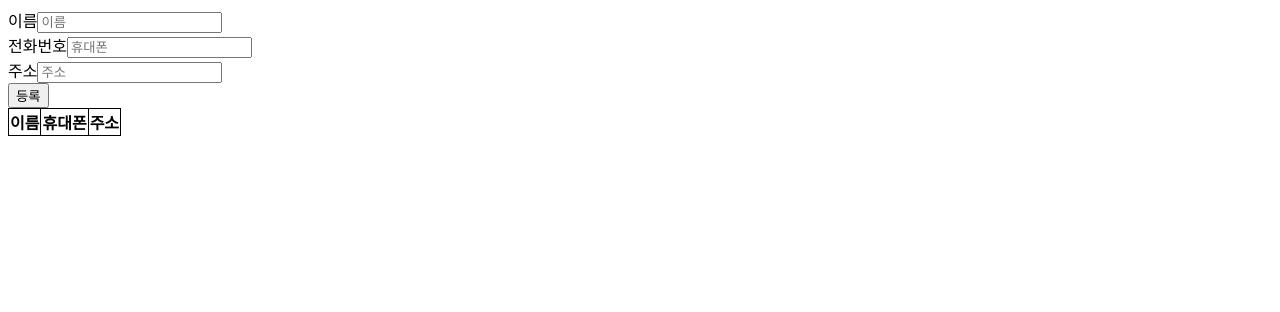
Repository: hoseolkim/amoe2
Page: http://localhost/WebStudy02_MVN/adrs/view
These files come from the project's save history. The page is drawn as it stood at one moment and after the next save; the edit follows.
The browser window is 1280 px wide. The pictures show the whole page.
The page is served by Tomcat 9. Other server files are loaded and not shown.

Above is the page before, as saved 2023-09-21 09:32:50.

### WebStudy02_MVN/src/main/webapp/WEB-INF/views/adrs/adrsView.jsp
<%@ page language="java" contentType="text/html; charset=UTF-8"
    pageEncoding="UTF-8"%>
<!DOCTYPE html>
<html lang="ko">
<head>
<meta charset="UTF-8">
<title>Insert title here</title>
<jsp:include page="/includee/preScript.jsp" />
<style>
	th, td {
		border : 1px solid black;
	}
	table {
		border-collapse: collapse;
	}
</style>
</head>
<body data-context-path="<%=request.getContextPath()%>">
<form id="adrsForm" method="post" action="<%=request.getContextPath()%>/adrs/address">
	이름<input type="text" name="adrsName" placeholder="이름" required /><br>
	전화번호<input type="text" name="adrsHp" placeholder="휴대폰" required /><br>
	주소<input type="text" name="adrsAdd" placeholder="주소" /><br>
	<input type="submit" value="등록" />
</form>
<table>
	<thead>
		<tr>
			<th>이름</th>
			<th>휴대폰</th>
			<th colspan="2">주소</th>
		</tr>
	</thead>
	<tbody id="listBody">
	</tbody>
</table>
<script type="text/javascript" src="<%=request.getContextPath() %>/resources/js/app/adrs/address.js"></script>
</body>
</html>

### WebStudy02_MVN/src/main/webapp/includee/preScript.jsp
<%@ page language="java" contentType="text/html; charset=UTF-8"
    pageEncoding="UTF-8"%>

<script type="text/javascript" src="<%=request.getContextPath() %>/resources/js/jquery-3.7.1.min.js"></script>
<script type="text/javascript" src="<%=request.getContextPath() %>/resources/js/jquery.serializejson.js"></script>

### WebStudy02_MVN/src/main/java/kr/or/ddit/adrs/controller/AddressUIControllerServlet.java
package kr.or.ddit.adrs.controller;


import java.io.IOException;

import javax.servlet.ServletException;
import javax.servlet.annotation.WebServlet;
import javax.servlet.http.HttpServlet;
import javax.servlet.http.HttpServletRequest;
import javax.servlet.http.HttpServletResponse;

@WebServlet("/adrs/view")
public class AddressUIControllerServlet extends HttpServlet{
	@Override
	protected void doGet(HttpServletRequest req, HttpServletResponse resp) throws ServletException, IOException {

		String goPage = "/WEB-INF/views/adrs/adrsView.jsp";

		if(goPage.startsWith("redirect:")) {
			String location = req.getContextPath() + goPage.substring("redirect:".length());
			resp.sendRedirect(location);
		}else {
			req.getRequestDispatcher(goPage).forward(req, resp);
		}
	}
}

### WebStudy02_MVN/src/main/webapp/resources/js/app/adrs/address.js
/**
 *
 */

$(function(){
	const cPath = $('body').data('contextPath');
	const baseUrl = `${cPath}/adrs/address`;

//	$.ajax(settings);
	$.getJSON(baseUrl,selectFunction);
	$(adrsForm).on('submit',function(event){
		event.preventDefault();
		let url = this.action;
		let method = this.method;
		let data = $(this).serializeJSON();
		let json = JSON.stringify(data);


		let settings = {
			url : baseUrl,
			method : method,
			data : json,
			headers : {
				"Content-Type" : "application/json;charset=utf-8"
			},
			dataType : "json"
		};

		$.ajax(settings)
			.done(function(resp){
				if(resp.success){
					let trTag = makeTrTag(resp.originalData);
					$(listBody).prepend(trTag);
					adrsForm.reset();
				}else{
					alert(resp.message);
				}
			})
		return false;
	});

	$(listBody).on('click','.delBtn',function(){
		let flag = confirm("진짜 삭제 ?");
		if(!flag){
			return false;
		}
		let adrsTr = $(this).parents('tr:first');
		let $adrsTr = $(adrsTr);
		let adrsNo = $adrsTr.data('adrsNo');
		let url = `${baseUrl}/${adrsNo}`;
		let settings = {
			url : url,
			method : "delete",
			dataType : 'json'
		};

		$.ajax(settings)
			.done(function(resp){
				if(resp.success){
					$adrsTr.remove();
				}else{
					alert(resp.message);
				}
			})
			.fail()

	});

	// delete function
	/*
	$('table').on('click','.delBtn',function(){
		console.log(this);
		let $btn = $(this);
		let $trTag = $btn.parents('tr');
		let adrsNo = $trTag.data('adrsNo');

		let settings = {
			url : baseUrl + "/" + adrsNo,
			method : "delete",
			dataType : "json"
		};

		$.ajax(settings)
			.done(function(resp){
				if(resp.success){
					alert('삭제 성공!');
					$trTag.remove();
				}else{
					alert(resp.message);
				}
			});


	})
	*/





	/*
	$(adrsForm).on('submit',function(event){
		event.preventDefault();
		let formTag = event.target;
		let data = $(formTag).serializeJSON();
		let json = JSON.stringify(data)
		let method = formTag.method;
		let settings = {
			url : baseUrl,
			method : method,
			data : json,
			contentType : "application/json;charset=utf-8",
			dataType : "json", // Accept Request Header : Content-Type Response Header
			success : function(resp) {
				if(resp.success == true){
					alert('추가 성공!')
					$.getJSON(url,selectFunction);
				}
			},
			error : function(jqXhr, status, error) {
				console.log("jqXhr : ", jqXhr);
				console.log("status : ", status);
				console.log("error : ", error);
			}
		};
		$.ajax(settings);

	});
	*/
});

let makeTrTag = (adrsVO)=>{
	let trTag = `
		<tr data-adrs-no="${adrsVO.adrsNo}">
			<td>${adrsVO.adrsName}</td>
			<td>${adrsVO.adrsHp}</td>
			<td>${adrsVO.adrsAdd}</td>
			<td><input type="button" value="삭제" class="delBtn" /></td>
			<td><button type="button" data-bs-toggle="modal" data-bs-target="#exampleModal">수정</button></td>
		</tr>
	`;
	return trTag;
}

let selectFunction = function(resp){
	code = "";
	let dataList = resp.list;
	if(dataList?.length > 0){
		$.each(dataList, function(i,v){
			code += makeTrTag(this);
		})
	}else{
		code = "<tr><td colspan='3'>주소록 없음...</td></tr>"
	}//if~else end

	$(listBody).html(code);
}

### WebStudy02_MVN/src/main/java/kr/or/ddit/adrs/controller/AddressDataControllerServlet.java
package kr.or.ddit.adrs.controller;

import java.io.IOException;
import java.io.InputStream;
import java.util.HashMap;
import java.util.List;
import java.util.Map;

import javax.servlet.ServletException;
import javax.servlet.annotation.WebServlet;
import javax.servlet.http.HttpServlet;
import javax.servlet.http.HttpServletRequest;
import javax.servlet.http.HttpServletResponse;
import javax.servlet.http.HttpSession;

import org.apache.commons.lang3.StringUtils;

import com.fasterxml.jackson.databind.ObjectMapper;

import kr.or.ddit.adrs.service.AddressService;
import kr.or.ddit.adrs.service.AddressServiceImpl;
import kr.or.ddit.vo.AddressVO;

@WebServlet({"/adrs/address", "/adrs/address/*"})
public class AddressDataControllerServlet extends HttpServlet{
	private AddressService service = new AddressServiceImpl();

	@Override
	protected void doGet(HttpServletRequest req, HttpServletResponse resp) throws ServletException, IOException {

		String uri = StringUtils.substringAfter(req.getRequestURI(), req.getContextPath());
		int lastIdx = uri.lastIndexOf("/");
		int uriLen = uri.length();
		int baseLen = "/adrs/address".length();

		boolean valid = lastIdx >= baseLen && lastIdx < uriLen - 1 ;
		System.out.printf("%s : %b\n",uri,valid);

		HttpSession session = req.getSession();

		String memId = (String)session.getAttribute("authId");
		if(StringUtils.isBlank(memId)) {
			resp.sendError(HttpServletResponse.SC_UNAUTHORIZED);
			return;
		}

		String goPage = null;
		List<AddressVO> list = service.retriveAddressList(memId);
		req.setAttribute("list", list);



		goPage = "/jsonView.view";
		if(goPage.startsWith("redirect:")) {
			String location = req.getContextPath() + goPage.substring("redirect:".length());
			resp.sendRedirect(location);
		}else {
			req.getRequestDispatcher(goPage).forward(req, resp);
		}
	}

	private ObjectMapper mapper = new ObjectMapper();
	// 파라미터 검증 메소드
	private boolean validate(AddressVO vo, Map<String,String> errors) {
		boolean valid = true;
		if(StringUtils.isBlank(vo.getAdrsName())) {
			valid = false;
			errors.put("adrsName", "이름 누락");
		}
		if(StringUtils.isBlank(vo.getAdrsHp())) {
			valid = false;
			errors.put("adrsHp", "휴대폰 번호 누락");
		}
		return valid;
	}

	private boolean validateUri(String uri) {
		boolean valid = true;
		System.out.println(uri);
		if(StringUtils.isBlank(uri)||!uri.matches("\\d+")) {
			valid = false;
		}
		return valid;
	}

	@Override
	protected void doPost(HttpServletRequest req, HttpServletResponse resp) throws ServletException, IOException {
		// 이거 또 빼먹음
		req.setCharacterEncoding("utf-8");

		String memId = (String)req.getSession().getAttribute("authId");


		try(
			InputStream is =req.getInputStream();
		){
			AddressVO vo = new AddressVO();
			vo = mapper.readValue(is, AddressVO.class);
			req.setAttribute("originalData", vo);
			vo.setMemId(memId);
			// 검증도 또 빼먹음..
			Map<String,String> errors = new HashMap<String, String>();
			req.setAttribute("errors", errors);
			boolean valid = validate(vo,errors);
			boolean success = false;
			String message = null;
			if(valid) {
				if(service.createAddress(vo)) {
					success = true;
				}else {
					message = "등록 실패";
				}// valid = true 일때 service 의 결과 if 문
			}else {
				message = "필수 파라미터 누락";
			}

			req.setAttribute("success", success);
			req.setAttribute("message", message);

		}


//		req.setAttribute("result", true);

		String goPage = "/jsonView.view";
		if(goPage.startsWith("redirect:")) {
			String location = req.getContextPath() + goPage.substring("redirect:".length());
			resp.sendRedirect(location);
		}else {
			req.getRequestDispatcher(goPage).forward(req, resp);
		}

	}

	@Override
	protected void doDelete(HttpServletRequest req, HttpServletResponse resp) throws ServletException, IOException {
		String uri = StringUtils.substringAfter(req.getRequestURI(), req.getContextPath());
		int lastIdx = uri.lastIndexOf("/");
		int uriLen = uri.length();
		int baseLen = "/adrs/address".length();

		boolean valid = lastIdx >= baseLen && lastIdx < uriLen - 1 ;
		String adrsNoPart = uri.substring(lastIdx+1);
//		if(valid) {
//			adrsNoPart = uri.substring(lastIdx+1);
//			valid = StringUtils.isNumeric(adrsNoPart);
//		}
		int adrsNo = -1;
		try {
			adrsNo = Integer.parseInt(adrsNoPart);
		} catch (NumberFormatException e) {
			valid = false;
		}
		if(!valid) {
			resp.sendError(400,"주소록 번호가 없음.");
			return;
		}
		boolean success = service.removeAddress(adrsNo);
		req.setAttribute("success", success);
		if(!success) {
			req.setAttribute("message", "삭제 실패");
		}

		String goPage = "/jsonView.view";
		if(goPage.startsWith("redirect:")) {
			String location = req.getContextPath() + goPage.substring("redirect:".length());
			resp.sendRedirect(location);
		}else {
			req.getRequestDispatcher(goPage).forward(req, resp);
		}



	}
	/*
	@Override
	protected void doDelete(HttpServletRequest req, HttpServletResponse resp) throws ServletException, IOException {
		req.setCharacterEncoding("utf-8");
		String uri = req.getRequestURI();

		uri = uri.substring(req.getContextPath().length());
		String adrsNoStr = uri.substring("/adrs/address/".length());
		// uri를 검증한다
		boolean valid = validateUri(adrsNoStr);
		boolean success = false;
		String message = null;
		if(valid) {
			// uri 검증에 성공했을 경우
			int adrsNo = Integer.parseInt(adrsNoStr);
			if(service.removeAddress(adrsNo)) {
				// 삭제 성공시
				success = true;

			}else {
				// 삭제 실패시
				message = "삭제 실패";
			}

		}else {
			// uri 검증 실패시
			message = "파라미터가 잘못됨!";
		}

		req.setAttribute("success", success);
		req.setAttribute("message", message);

		String goPage = "/jsonView.view";
		if(goPage.startsWith("redirect:")) {
			String location = req.getContextPath() + goPage.substring("redirect:".length());
			resp.sendRedirect(location);
		}else {
			req.getRequestDispatcher(goPage).forward(req, resp);
		}
	}

	*/
}

### WebStudy02_MVN/src/main/java/kr/or/ddit/adrs/service/AddressServiceImpl.java
package kr.or.ddit.adrs.service;

import java.util.List;

import kr.or.ddit.adrs.dao.AddressDAO;
import kr.or.ddit.adrs.dao.AddressDAOImpl;
import kr.or.ddit.vo.AddressVO;

public class AddressServiceImpl implements AddressService {
	// 결합력 최상구조
	private AddressDAO dao = new AddressDAOImpl();

	@Override
	public boolean createAddress(AddressVO adrsVO) {
		int rowcnt = dao.insertAddress(adrsVO);
		return rowcnt >= 1;
	}

	@Override
	public List<AddressVO> retriveAddressList(String memId) {
		return dao.selectAddressList(memId);
	}

	@Override
	public boolean modifyAddress(AddressVO adrsVO) {
		// TODO Auto-generated method stub
		return false;
	}

	@Override
	public boolean removeAddress(int adrsNo) {
		return dao.deleteAddress(adrsNo) > 0;
	}

}

### WebStudy02_MVN/src/main/java/kr/or/ddit/adrs/dao/AddressDAO.java
package kr.or.ddit.adrs.dao;

import java.util.List;

import kr.or.ddit.vo.AddressVO;

/**
 * 주소록 관리(CRUD) persistence layer
 *
 */
public interface AddressDAO {
	/**
	 * 신규 주소 등록
	 * @param adrsVO
	 * @return 등록 성공시(>=1)
	 */
	public int insertAddress(AddressVO adrsVO);
	/**
	 * 특정 소유자의 주소록 조회
	 * @param memId 검색 조건에 사용될 소유자 아이디
	 * @return size에 따라 주소록 존재 여부 확인
	 */
	public List<AddressVO> selectAddressList(String memId);

	/**
	 * 기존 주소록 수정
	 * @param adrsVO 수정할 대상이 되는 정보를 가진 객체
	 * @return 수정 성공시(>=1)
	 */
	public int updateAddress(AddressVO adrsVO);
	/**
	 * 주소록 삭제
	 * @param adrsNo 삭제할 주소록 번호
	 * @return 삭제 성공시(>=1)
	 */
	public int deleteAddress(int adrsNo);
}

### WebStudy02_MVN/src/main/java/kr/or/ddit/adrs/dao/AddressDAOImpl.java
package kr.or.ddit.adrs.dao;

import java.sql.Connection;
import java.sql.PreparedStatement;
import java.sql.ResultSet;
import java.sql.SQLException;
import java.util.ArrayList;
import java.util.List;

import kr.or.ddit.common.exception.PersistenceException;
import kr.or.ddit.db.ConnectionFactory;
import kr.or.ddit.utils.SampleDataMapperUtils;
import kr.or.ddit.vo.AddressVO;

public class AddressDAOImpl implements AddressDAO {

	private int generateAdrsNo(Connection conn) throws SQLException {
		StringBuffer sql = new StringBuffer();
		sql.append("SELECT NVL(MAX(ADRS_NO),0)+1 FROM ADDRESSBOOK");

		try(
			PreparedStatement pstmt = conn.prepareStatement(sql.toString())
		){
			ResultSet rs = pstmt.executeQuery();
			rs.next();
				return rs.getInt(1);
		}


	}

	@Override
	public int insertAddress(AddressVO adrsVO) {
		StringBuffer sql = new StringBuffer();
		sql.append("insert into addressbook(");
		sql.append("ADRS_NO,     ");
		sql.append("MEM_ID,   ");
		sql.append("ADRS_NAME,   ");
		sql.append("ADRS_HP,    ");
		sql.append("ADRS_ADD)   ");
		sql.append(" values( ?, ?, ?, ?, ? )");
//		sql.append(" values( (SELECT nvl(MAX(ADRS_NO),0)+1 FROM ADDRESSBOOK) , ? , ? , ? , ? )");
		try(
			Connection conn = ConnectionFactory.getConnection();
			PreparedStatement pstmt = conn.prepareStatement(sql.toString());
		) {
			int adrsNo = generateAdrsNo(conn);
			adrsVO.setAdrsNo(adrsNo);
			int idx = 0;
			pstmt.setInt(++idx,adrsVO.getAdrsNo());
			pstmt.setString(++idx, adrsVO.getMemId());
			pstmt.setString(++idx, adrsVO.getAdrsName());
			pstmt.setString(++idx, adrsVO.getAdrsHp());
			pstmt.setString(++idx, adrsVO.getAdrsAdd());

//			pstmt.setString(1, adrsVO.getMemId());
//			pstmt.setString(2, adrsVO.getAdrsName());
//			pstmt.setString(3, adrsVO.getAdrsHp());
//			pstmt.setString(4, adrsVO.getAdrsAdd());

			return pstmt.executeUpdate();
		} catch (SQLException e) {
			throw new PersistenceException(e);
		}
	}

	@Override
	public List<AddressVO> selectAddressList(String memId) {
		StringBuffer sql = new StringBuffer();
		sql.append("select ");
		sql.append("ADRS_NO,    ");
		sql.append("MEM_ID ,    ");
		sql.append("ADRS_NAME,  ");
		sql.append("ADRS_HP ,   ");
		sql.append("ADRS_ADD   ");
		sql.append(" from addressbook ");
		sql.append(" where mem_id = ? ");
		List<AddressVO> list = new ArrayList<AddressVO>();
		try(
			Connection conn = ConnectionFactory.getConnection();
			PreparedStatement pstmt = conn.prepareStatement(sql.toString());
		) {
			pstmt.setString(1, memId);

			ResultSet rs = pstmt.executeQuery();
			while(rs.next()) {
				AddressVO vo = SampleDataMapperUtils.recordToVO(rs, AddressVO.class);
				list.add(vo);
			}
			return list;
		} catch (SQLException e) {
			throw new PersistenceException(e);
		}
	}

	@Override
	public int updateAddress(AddressVO adrsVO) {
		StringBuffer sql = new StringBuffer();
		sql.append("UPDATE ADDRESSBOOK  ");
		sql.append("SET                 ");
		sql.append("	ADRS_NAME = ? , ");
		sql.append("	ADRS_HP = ? ,   ");
		sql.append("	ADRS_ADD = ?    ");
		sql.append("WHERE ADRS_NO = ?   ");
		try(
			Connection conn = ConnectionFactory.getConnection();
			PreparedStatement pstmt = conn.prepareStatement(sql.toString());
		) {
			pstmt.setString(1, adrsVO.getAdrsName());
			pstmt.setString(2, adrsVO.getAdrsHp());
			pstmt.setString(3, adrsVO.getAdrsAdd());
			pstmt.setInt(4, adrsVO.getAdrsNo());
			return pstmt.executeUpdate();
		} catch (SQLException e) {
			throw new PersistenceException(e);
		}
	}

	@Override
	public int deleteAddress(int adrsNo) {
		StringBuffer sql = new StringBuffer();
		sql.append("DELETE FROM ADDRESSBOOK   ");
		sql.append("WHERE                     ");
		sql.append("        ADRS_NO = ?     ");
		try(
			Connection conn = ConnectionFactory.getConnection();
			PreparedStatement pstmt = conn.prepareStatement(sql.toString());
		) {
			pstmt.setInt(1, adrsNo);

			return pstmt.executeUpdate();
		} catch (SQLException e) {
			throw new PersistenceException(e);
		}
	}

}

### WebStudy02_MVN/src/main/java/kr/or/ddit/common/exception/PersistenceException.java
package kr.or.ddit.common.exception;

import java.sql.SQLException;

/**
 * Persistence Layer 에서 SqlException 전환하는 용도로 사용할 예외
 *
 */
public class PersistenceException extends RuntimeException {

	public PersistenceException(String message, SQLException cause) {
		super(message, cause);
	}

	public PersistenceException(SQLException cause) {
		super(cause);
	}
}

Loaded but not shown: WebStudy02_MVN/src/main/webapp/resources/js/jquery-3.7.1.min.js (library); WebStudy02_MVN/src/main/webapp/resources/js/jquery.serializejson.js (library)

After the next save:
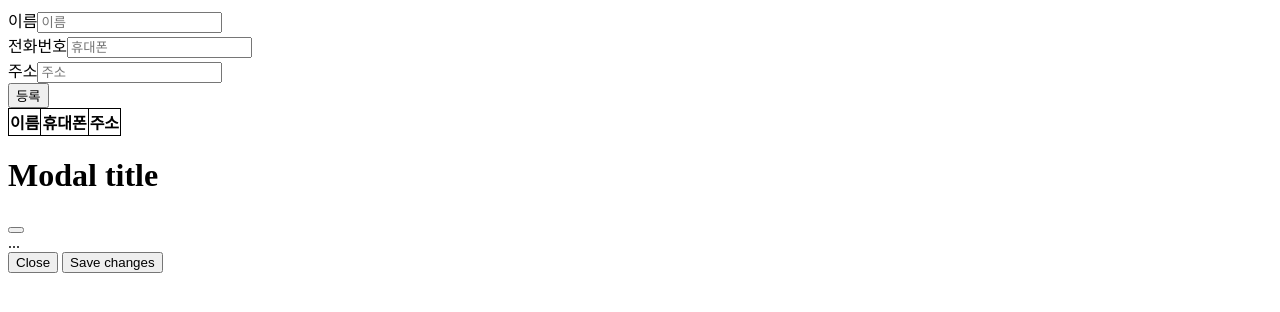
Saved 4 min 8 s later.
--- a/WebStudy02_MVN/src/main/webapp/WEB-INF/views/adrs/adrsView.jsp
+++ b/WebStudy02_MVN/src/main/webapp/WEB-INF/views/adrs/adrsView.jsp
@@ -33,6 +33,26 @@
 	<tbody id="listBody">
 	</tbody>
 </table>
+<!-- Modal -->
+<div class="modal fade" id="exampleModal" tabindex="-1" aria-labelledby="exampleModalLabel" aria-hidden="true">
+  <div class="modal-dialog">
+    <div class="modal-content">
+      <div class="modal-header">
+        <h1 class="modal-title fs-5" id="exampleModalLabel">Modal title</h1>
+        <button type="button" class="btn-close" data-bs-dismiss="modal" aria-label="Close"></button>
+      </div>
+      <div class="modal-body">
+        ...
+      </div>
+      <div class="modal-footer">
+        <button type="button" class="btn btn-secondary" data-bs-dismiss="modal">Close</button>
+        <button type="button" class="btn btn-primary">Save changes</button>
+      </div>
+    </div>
+  </div>
+</div>
+
+
 <script type="text/javascript" src="<%=request.getContextPath() %>/resources/js/app/adrs/address.js"></script>
 </body>
 </html>
